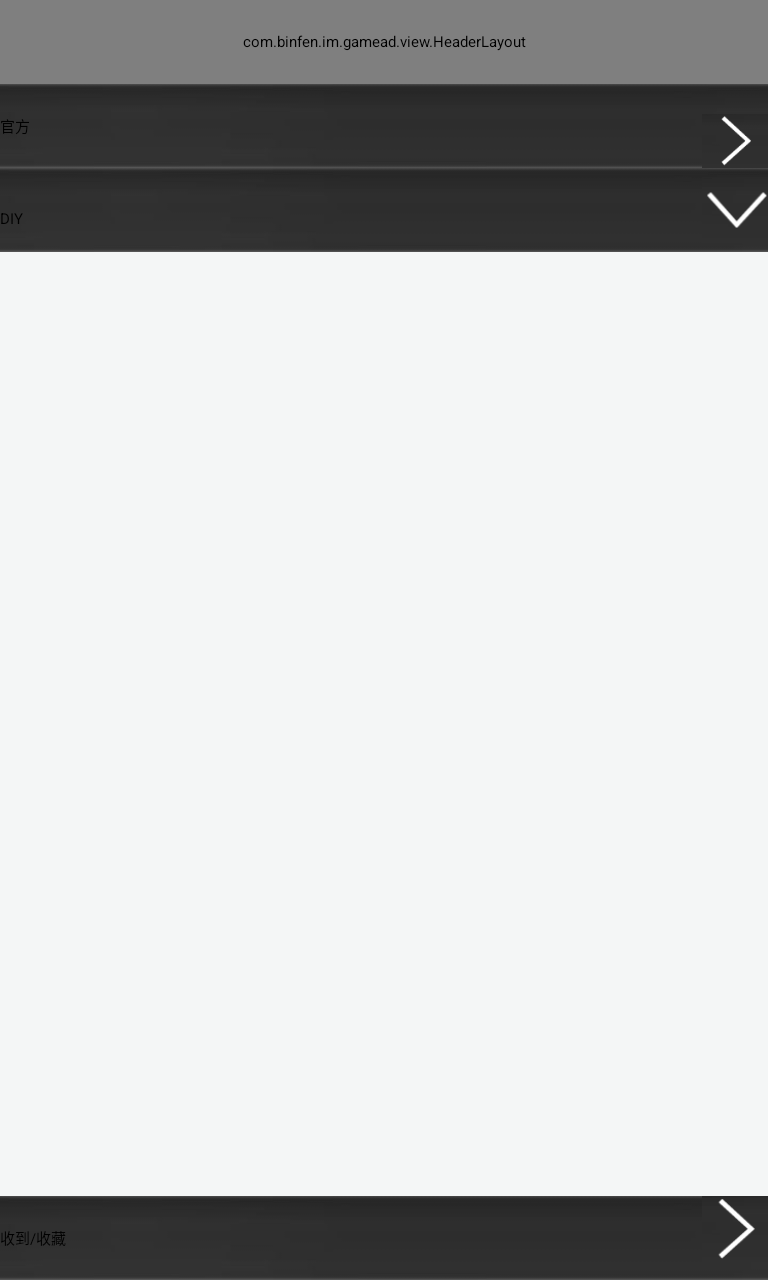
Repository: hosle/gad2
Layout: gamead_IM2/res/layout/xxh_gamelayout2.xml
These files come from the project's save history. The layout is drawn as it stood at one moment and after the next save; the edit follows.
Pictures or frames that could not be fetched are drawn as grey boxes. It is drawn on a 768 x 1280 px phone screen (xhdpi) without system bars, with theme AppTheme; the app's code is not run. Lists and similar views that code fills are empty. The app's manifest (not shown) leaves right-to-left support off. So textAlignment, textDirection and layoutDirection are ignored, and left and right values win over start and end ones.

Above is the layout before, as saved 2015-06-26 06:58:43.

After the next save:
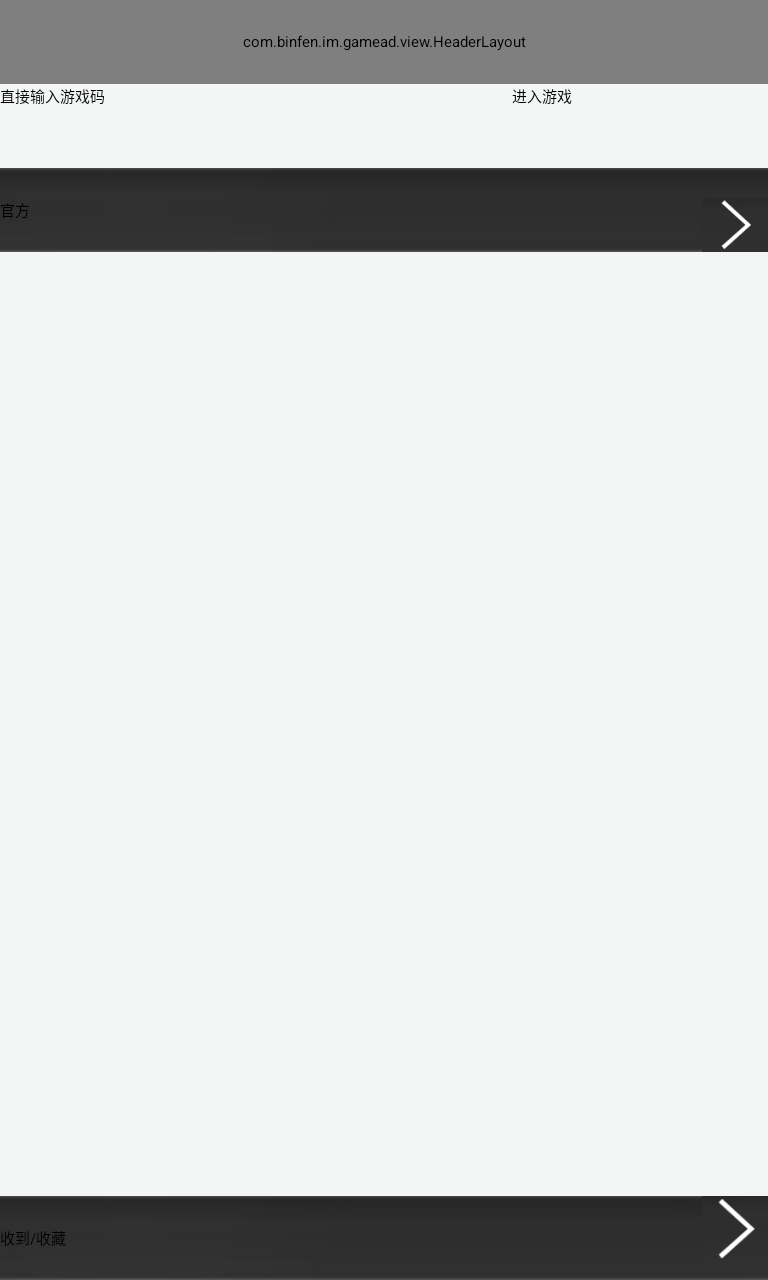
Saved 43 s later.
--- a/gamead_IM2/res/layout/xxh_gamelayout2.xml
+++ b/gamead_IM2/res/layout/xxh_gamelayout2.xml
@@ -17,6 +17,23 @@
         android:layout_height="84dp"
         android:layout_below="@+id/common_actionbar"
         android:orientation="vertical" >
+         <LinearLayout
+            android:orientation="horizontal"
+            android:layout_width="match_parent"
+            android:layout_height="42dp">
+            <EditText android:id="@+id/edt_gamecode"
+                android:layout_height="match_parent"
+                android:layout_width="0dp"
+                android:layout_weight="2"
+                android:hint="@string/hintgamecode"/>
+            <Button android:id="@+id/btn_gamecode"
+                android:layout_height="match_parent"
+                android:layout_width="0dp"
+                android:layout_weight="1"
+                android:text="@string/btngamecode"
+                />
+
+        </LinearLayout>
 
         <RelativeLayout
             android:layout_width="match_parent"
